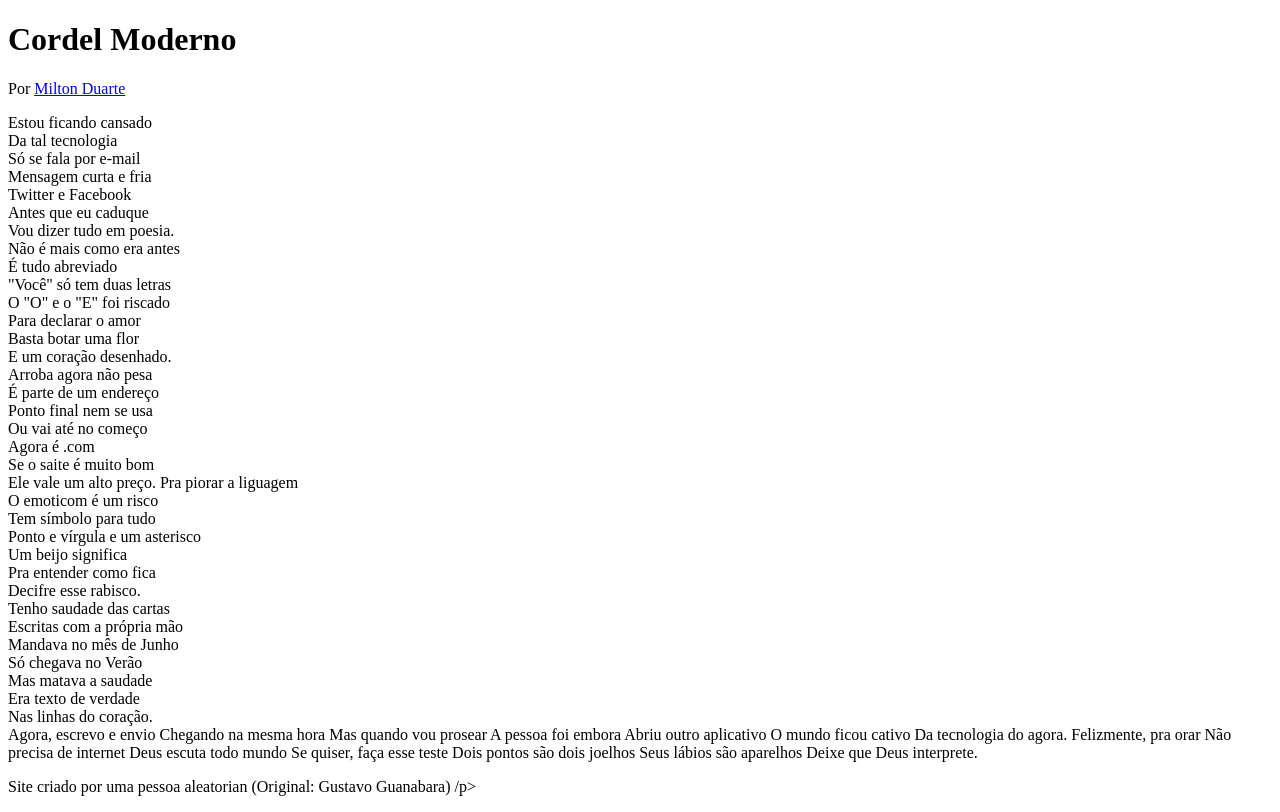
Repository: Codigo404q/html-css
Page: AHAHAHAHAHAHAHHHHHHHHHAHAHAHAHAHAHHAHAH/d012/index.html
These files come from the project's save history. The page is drawn as it stood at one moment and after a run of saves; the edit follows.
The browser window is 1280 px wide. The pictures show the whole page.

Above is the page before, as saved 2024-01-07 22:42:44.

### AHAHAHAHAHAHAHHHHHHHHHAHAHAHAHAHAHHAHAH/d012/index.html
<!DOCTYPE html>
<html lang="pt-br">
<head>
    <meta charset="UTF-8">
    <meta name="viewport" content="width=device-width, initial-scale=1.0">
    <title>Codel moderno</title>
</head>
<body>
        <header>
            <h1>Cordel Moderno</h1>
            <p>Por <a href="https://www.recantodasletras.com.br/poesias/3186743" target="_blank">Milton Duarte</a></p>

        </header>

    <section>
        Estou ficando cansado <br>
        Da tal tecnologia <br>
        Só se fala por e-mail <br>
        Mensagem curta e fria <br>
        Twitter e Facebook <br>
        Antes que eu caduque <br>
        Vou dizer tudo em poesia.
    </section>



    <section>
        Não é mais como era antes <br>
        É tudo abreviado <br>
        "Você" só tem duas letras <br>
        O "O" e o "E" foi riscado <br>
        Para declarar o amor <br>
        Basta botar uma flor <br>
        E um coração desenhado.
    </section>


    <section>
        Arroba agora não pesa <br>
        É parte de um endereço <br>
        Ponto final nem se usa <br>
        Ou vai até no começo <br>
        Agora é .com <br>
        Se o saite é muito bom <br>
        Ele vale um alto preço.

        Pra piorar a liguagem <br>
        O emoticom é um risco <br>
        Tem símbolo para tudo <br>
        Ponto e vírgula e um asterisco <br>
        Um beijo significa <br>
        Pra entender como fica <br>
        Decifre esse rabisco.
    </section>



    <section>
        Tenho saudade das cartas <br>
        Escritas com a própria mão <br>
        Mandava no mês de Junho <br>
        Só chegava no Verão <br>
        Mas matava a saudade <br>
        Era texto de verdade <br>
        Nas linhas do coração.
    </section>



    <section>
        Agora, escrevo e envio
        Chegando na mesma hora
        Mas quando vou prosear
        A pessoa foi embora
        Abriu outro aplicativo
        O mundo ficou cativo
        Da tecnologia do agora.

        Felizmente, pra orar
        Não precisa de internet
        Deus escuta todo mundo
        Se quiser, faça esse teste
        Dois pontos são dois joelhos
        Seus lábios são aparelhos
        Deixe que Deus interprete.
    </section>

    <footer>
        <p>Site criado por uma pessoa aleatorian (Original: Gustavo Guanabara) /p>
    </footer>
</body>
</html>

After the next 2 saves:
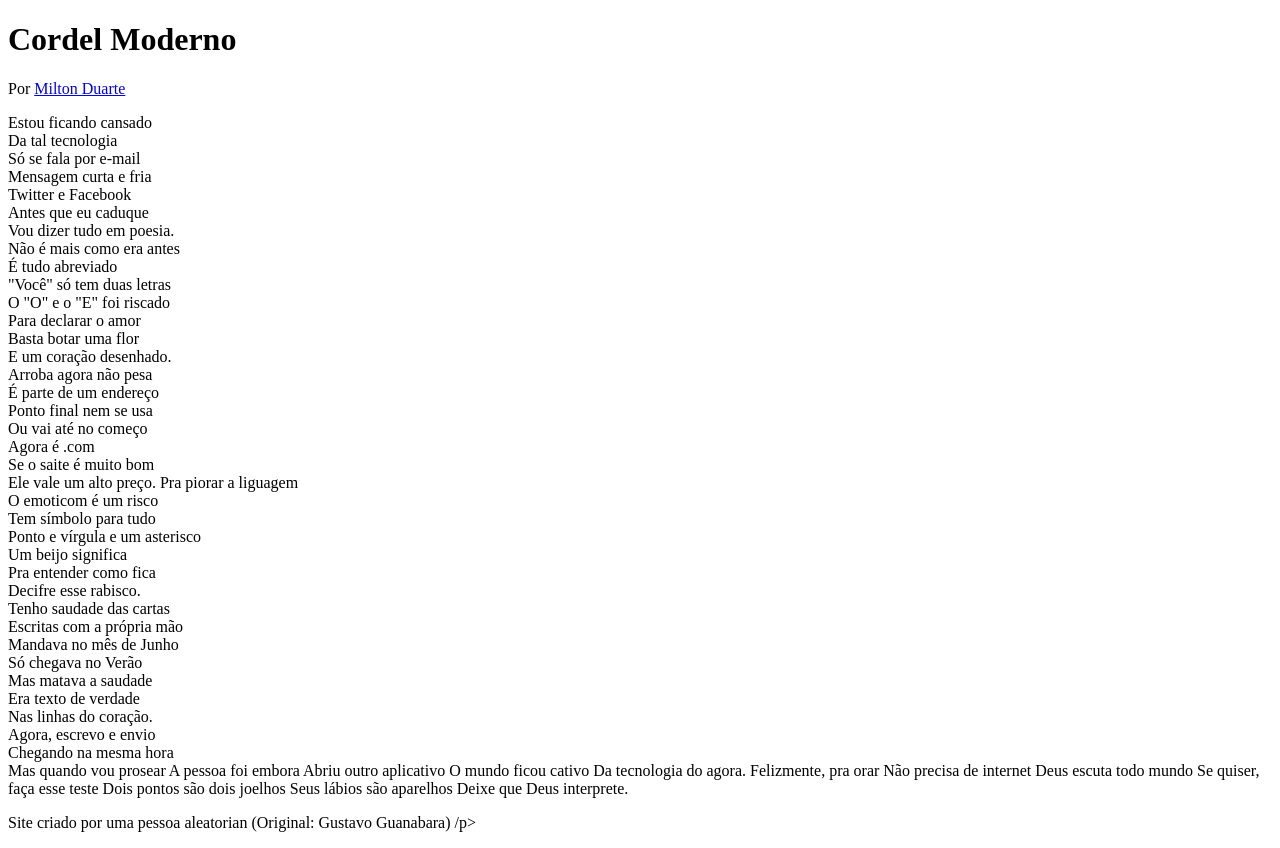
The 2 saves are shown as one change because they came seconds apart.
The last was saved 11 s later.
--- a/AHAHAHAHAHAHAHHHHHHHHHAHAHAHAHAHAHHAHAH/d012/index.html
+++ b/AHAHAHAHAHAHAHHHHHHHHHAHAHAHAHAHAHHAHAH/d012/index.html
@@ -68,8 +68,8 @@
 
 
     <section>
-        Agora, escrevo e envio
-        Chegando na mesma hora
+        Agora, escrevo e envio <br>
+        Chegando na mesma hora <br>
         Mas quando vou prosear
         A pessoa foi embora
         Abriu outro aplicativo
